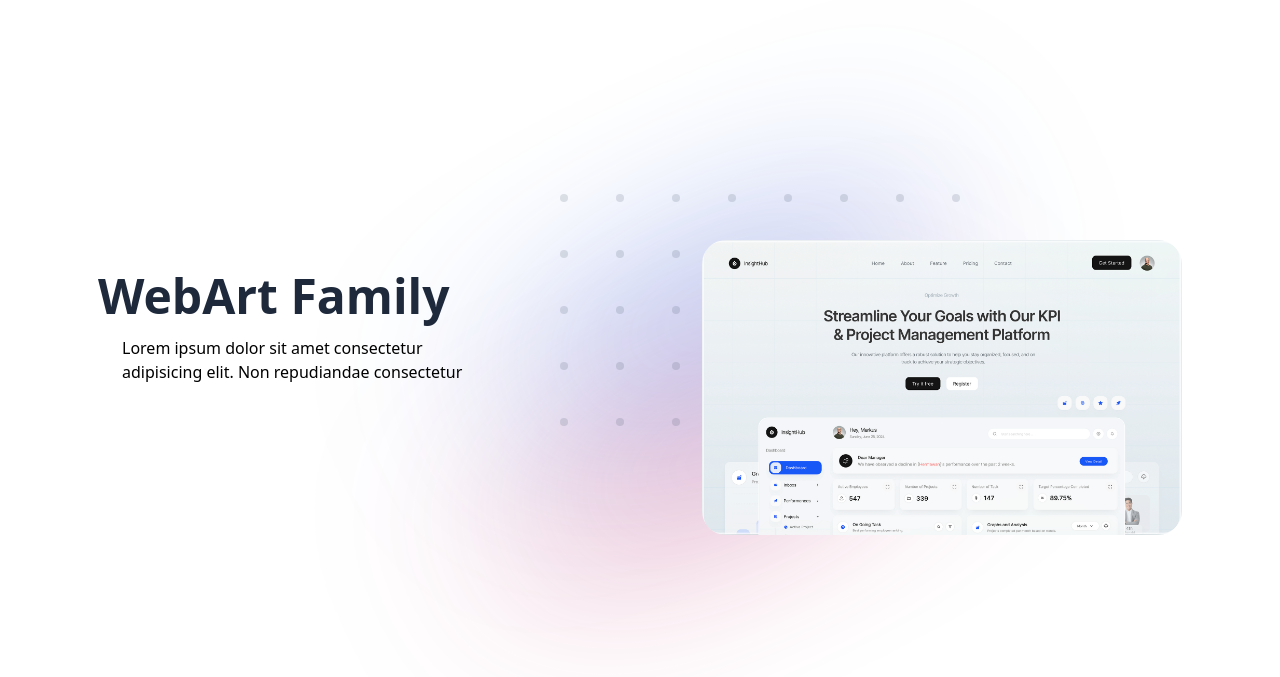
Repository: 30namp/youtube-web-art-code
Page: stunning landing page 1/index.html
These files come from the project's save history. The page is drawn as it stood at one moment and after the next save; the edit follows.
The browser window is 1280 px wide. The pictures show the whole page.

Above is the page before, as saved 2024-09-26 21:00:06.

### stunning landing page 1/index.html
<!DOCTYPE html>
<html lang="en">
  <head>
    <meta charset="UTF-8" />
    <meta name="viewport" content="width=device-width, initial-scale=1.0" />
    <title>WebArt Design</title>
    <script src="./tailwindcss.min.js"></script>
  </head>
  <body class="min-h-screen">
    <div
      class="absolute right-[25%] top-[60%] h-12 w-[30rem] rounded-[100%] rotate-[-25deg] bg-pink-700 blur-[6rem]"
    ></div>
    <div
      class="absolute right-[25%] top-[40%] h-12 w-[30rem] rounded-[100%] rotate-[-25deg] bg-blue-700 blur-[6rem]"
    ></div>
    <div
      class="grid grid-cols-8 gap-12 absolute right-[25%] top-[27%] animate-pulse"
    >
      <div class="rounded-full bg-slate-700/30 size-2 shadow-lg"></div>
      <div class="rounded-full bg-slate-700/30 size-2 shadow-lg"></div>
      <div class="rounded-full bg-slate-700/30 size-2 shadow-lg"></div>
      <div class="rounded-full bg-slate-700/30 size-2 shadow-lg"></div>
      <div class="rounded-full bg-slate-700/30 size-2 shadow-lg"></div>
      <div class="rounded-full bg-slate-700/30 size-2 shadow-lg"></div>
      <div class="rounded-full bg-slate-700/30 size-2 shadow-lg"></div>
      <div class="rounded-full bg-slate-700/30 size-2 shadow-lg"></div>
      <div class="rounded-full bg-slate-700/30 size-2 shadow-lg"></div>
      <div class="rounded-full bg-slate-700/30 size-2 shadow-lg"></div>
      <div class="rounded-full bg-slate-700/30 size-2 shadow-lg"></div>
      <div class="rounded-full bg-slate-700/30 size-2 shadow-lg"></div>
      <div class="rounded-full bg-slate-700/30 size-2 shadow-lg"></div>
      <div class="rounded-full bg-slate-700/30 size-2 shadow-lg"></div>
      <div class="rounded-full bg-slate-700/30 size-2 shadow-lg"></div>
      <div class="rounded-full bg-slate-700/30 size-2 shadow-lg"></div>
      <div class="rounded-full bg-slate-700/30 size-2 shadow-lg"></div>
      <div class="rounded-full bg-slate-700/30 size-2 shadow-lg"></div>
      <div class="rounded-full bg-slate-700/30 size-2 shadow-lg"></div>
      <div class="rounded-full bg-slate-700/30 size-2 shadow-lg"></div>
      <div class="rounded-full bg-slate-700/30 size-2 shadow-lg"></div>
      <div class="rounded-full bg-slate-700/30 size-2 shadow-lg"></div>
      <div class="rounded-full bg-slate-700/30 size-2 shadow-lg"></div>
      <div class="rounded-full bg-slate-700/30 size-2 shadow-lg"></div>
      <div class="rounded-full bg-slate-700/30 size-2 shadow-lg"></div>
      <div class="rounded-full bg-slate-700/30 size-2 shadow-lg"></div>
      <div class="rounded-full bg-slate-700/30 size-2 shadow-lg"></div>
      <div class="rounded-full bg-slate-700/30 size-2 shadow-lg"></div>
      <div class="rounded-full bg-slate-700/30 size-2 shadow-lg"></div>
      <div class="rounded-full bg-slate-700/30 size-2 shadow-lg"></div>
      <div class="rounded-full bg-slate-700/30 size-2 shadow-lg"></div>
      <div class="rounded-full bg-slate-700/30 size-2 shadow-lg"></div>
      <div class="rounded-full bg-slate-700/30 size-2 shadow-lg"></div>
      <div class="rounded-full bg-slate-700/30 size-2 shadow-lg"></div>
      <div class="rounded-full bg-slate-700/30 size-2 shadow-lg"></div>
      <div class="rounded-full bg-slate-700/30 size-2 shadow-lg"></div>
      <div class="rounded-full bg-slate-700/30 size-2 shadow-lg"></div>
      <div class="rounded-full bg-slate-700/30 size-2 shadow-lg"></div>
      <div class="rounded-full bg-slate-700/30 size-2 shadow-lg"></div>
      <div class="rounded-full bg-slate-700/30 size-2 shadow-lg"></div>
    </div>

    <div class="hero-section relative pt-60 flex justify-around items-start">
      <div class="content flex flex-col gap-4 pt-8">
        <h1 class="text-5xl font-bold text-slate-800">WebArt Family</h1>
        <div class="description ml-6 w-96">
          Lorem ipsum dolor sit amet consectetur adipisicing elit. Non
          repudiandae consectetur
        </div>
      </div>
      <img class="w-[30rem] rounded-3xl" src="./img.png" alt="" />
    </div>
  </body>
</html>

Loaded but not shown: stunning landing page 1/tailwindcss.min.js (library)

After the next save:
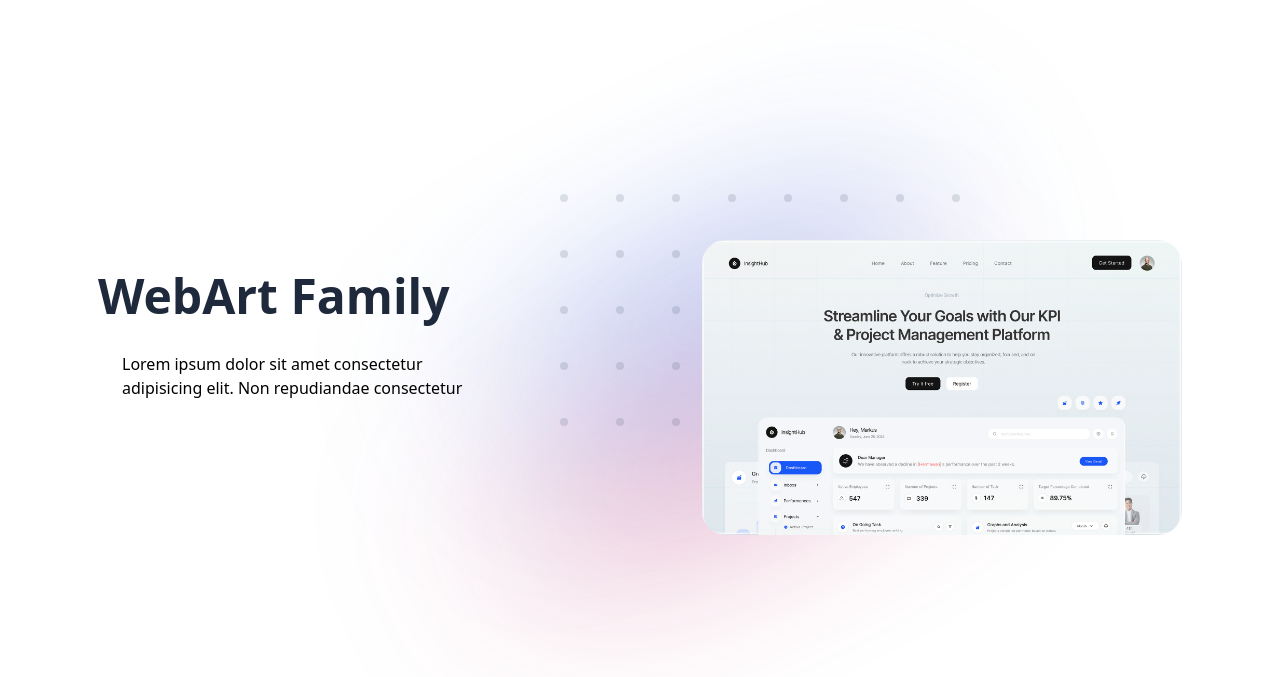
Saved 35 s later.
--- a/stunning landing page 1/index.html
+++ b/stunning landing page 1/index.html
@@ -59,7 +59,7 @@
     </div>
 
     <div class="hero-section relative pt-60 flex justify-around items-start">
-      <div class="content flex flex-col gap-4 pt-8">
+      <div class="content flex flex-col gap-8 pt-8">
         <h1 class="text-5xl font-bold text-slate-800">WebArt Family</h1>
         <div class="description ml-6 w-96">
           Lorem ipsum dolor sit amet consectetur adipisicing elit. Non

After the 2 saves that followed:
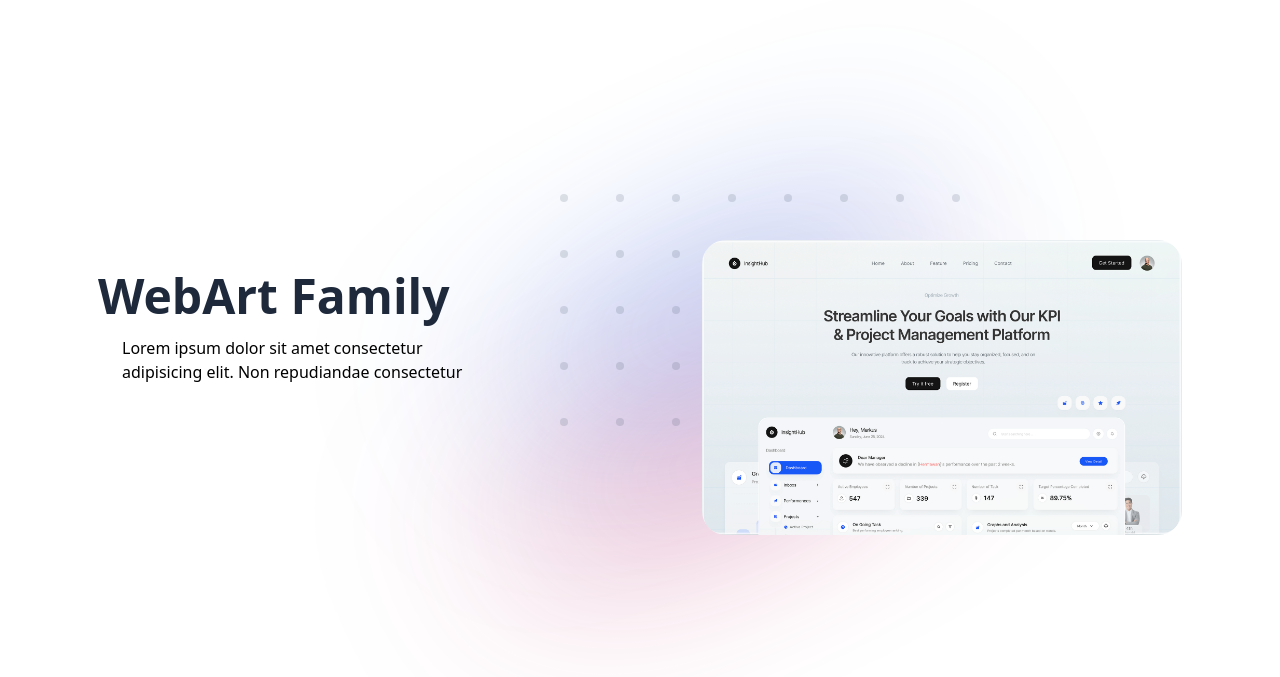
The 2 saves are shown as one change because they came seconds apart.
The last was saved 9 s later.
--- a/stunning landing page 1/index.html
+++ b/stunning landing page 1/index.html
@@ -59,7 +59,7 @@
     </div>
 
     <div class="hero-section relative pt-60 flex justify-around items-start">
-      <div class="content flex flex-col gap-8 pt-8">
+      <div class="content flex flex-col gap-4 pt-8">
         <h1 class="text-5xl font-bold text-slate-800">WebArt Family</h1>
         <div class="description ml-6 w-96">
           Lorem ipsum dolor sit amet consectetur adipisicing elit. Non
